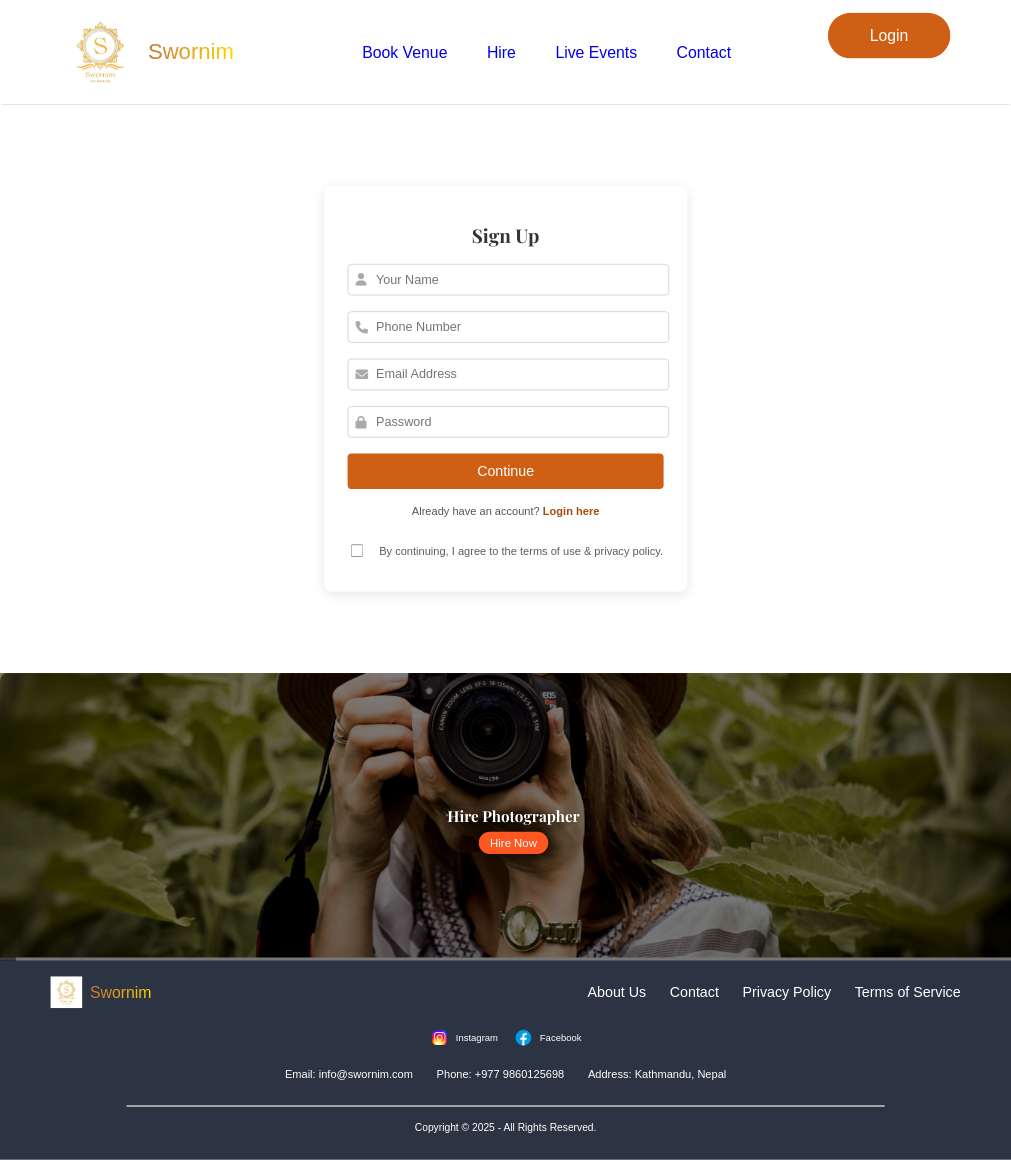
Repository: leonischu/Swornim
Page: /login (app in frontend/)
The author's editor kept a copy of each file at every save. The page is drawn from the files as they stood at one save, then again after the next save.
The browser window is 1280 px wide. The pictures show the whole page, at 79% of full size.
Pictures or frames that could not be fetched are drawn as grey boxes. The project was rebuilt for these pictures with package versions that can differ from the ones it lists, and the page was loaded fresh each time. Also part of the build but not shown: frontend/src/App.css, frontend/src/Pages/Book.jsx, frontend/src/Pages/Contact.jsx.

Above is the page before, as saved 2025-06-01 18:56:31.

### frontend/public/index.html
<!DOCTYPE html>
<html lang="en">
  <head>
    <meta charset="utf-8" />
    <link rel="icon" href="%PUBLIC_URL%/favicon.ico" />
    <meta name="viewport" content="width=device-width, initial-scale=1" />
    <meta name="theme-color" content="#000000" />
    <meta
      name="description"
      content="Web site created using create-react-app"
    />
    <link rel="apple-touch-icon" href="%PUBLIC_URL%/logo192.png" />
    <!--
      manifest.json provides metadata used when your web app is installed on a
      user's mobile device or desktop. See https://developers.google.com/web/fundamentals/web-app-manifest/
    -->
    <link rel="manifest" href="%PUBLIC_URL%/manifest.json" />
    <link href="https://fonts.googleapis.com/css2?family=Lato:wght@400;600&family=Playfair+Display:wght@400;600;700&display=swap" rel="stylesheet">
    <link rel="stylesheet" href="https://cdnjs.cloudflare.com/ajax/libs/font-awesome/6.0.0-beta3/css/all.min.css"/>

    <!--
      Notice the use of %PUBLIC_URL% in the tags above.
      It will be replaced with the URL of the `public` folder during the build.
      Only files inside the `public` folder can be referenced from the HTML.

      Unlike "/favicon.ico" or "favicon.ico", "%PUBLIC_URL%/favicon.ico" will
      work correctly both with client-side routing and a non-root public URL.
      Learn how to configure a non-root public URL by running `npm run build`.
    -->
    <title>Swornim</title>
  </head>
  <body>
    <noscript>You need to enable JavaScript to run this app.</noscript>
    <div id="root"></div>
    <!--
      This HTML file is a template.
      If you open it directly in the browser, you will see an empty page.

      You can add webfonts, meta tags, or analytics to this file.
      The build step will place the bundled scripts into the <body> tag.

      To begin the development, run `npm start` or `yarn start`.
      To create a production bundle, use `npm run build` or `yarn build`.
    -->
  </body>
</html>

### frontend/src/index.css
body {
  margin: 0;
  font-family: -apple-system, BlinkMacSystemFont, 'Segoe UI', 'Roboto', 'Oxygen',
    'Ubuntu', 'Cantarell', 'Fira Sans', 'Droid Sans', 'Helvetica Neue',
    sans-serif;
  -webkit-font-smoothing: antialiased;
  -moz-osx-font-smoothing: grayscale;
  font-family: 'Lato', sans-serif ;
  color: rgb(29, 29, 29);
}
h1, h2, h3, h4, h5, h6 {
  font-family: 'Playfair Display', serif;
  color: rgb(23, 23, 23); /* Default heading color */
  font-weight: bold;
}
.body-medium {
  font-family: 'Lato', sans-serif;
  font-size: 16px;
  color: rgb(29, 29, 29);
}
.title-medium {
  font-family: 'Playfair Display', serif;
  font-size: 20px;
  font-weight: bold;
  color: rgb(23, 23, 23);
}
.headline-small {
  font-family: 'Playfair Display', serif;
  font-size: 24px;
  font-weight: bold;
  color: white; /* White for headings like "Book Venue" */
}

code {
  font-family: source-code-pro, Menlo, Monaco, Consolas, 'Courier New',
    monospace;
}

### frontend/src/App.js

import './App.css';
import { Navbar } from './Components/Navbar/Navbar';
import { BrowserRouter, Routes, Route } from 'react-router-dom';
import { Book } from './Pages/Book';
import { Contact } from './Pages/Contact';
import { LoginSignup } from './Pages/LoginSignup';
import { Footer} from './Components/Footer/Footer';
import Carousel from './Components/Carousel/Carousel';
function App() {
  return (
    <div>
      <BrowserRouter>
      <Navbar/>
       <Routes>
          <Route path='/' element={<Book/>}/>
          <Route path='/contact' element={<Contact/>}/>

          <Route path='/login' element={<LoginSignup/>}/>
          </Routes>
          <Carousel/>
         <Footer/>
      </BrowserRouter>
    </div>
  );
}

export default App;

### frontend/src/Components/Navbar/Navbar.jsx
import React, { useState } from 'react'
import './Navbar.css'

import logo from '../Assets/logo.jpg'
import { Link } from 'react-router-dom';
export const Navbar = () => {
    const [menu, setMenu] = useState(""); // State for active menu item

  return (
    <div className='navbar'>
      <div className='nav-logo'>
        <img src={logo} alt=""/>
        <p>Swornim</p>
      </div>
      <ul className="nav-menu">
        <li onClick={()=>{setMenu("book venue")}}><Link style={{ textDecoration: 'none' }}to='/'>Book Venue</Link>{menu==="book venue"?<hr/>:<></>}</li>
        <li onClick={()=>{setMenu("hire")}}><Link style={{ textDecoration: 'none' }}to='/hire'> Hire</Link>{menu==="hire"?<hr/>:<></>}</li>
        <li onClick={()=>{setMenu("live events")}}><Link style={{ textDecoration: 'none' }} to='/liveevents'>Live Events</Link>{menu==="live events"?<hr/>:<></>}</li>
        <li onClick={()=>{setMenu("contact")}}><Link style={{ textDecoration: 'none' }}  to='/contact'>Contact</Link >{menu==="contact"?<hr/>:<></>}</li>
      </ul>
      <div className='nav-login-cart'>
        <Link to='/login'><button>Login</button></Link>

      </div>
    </div>
  )
}

### frontend/src/Pages/LoginSignup.jsx
import React, { useState } from "react";
import "./CSS/LoginSignup.css";

export const LoginSignup = () => {
  const [isSignup, setIsSignup] = useState(true); // State to toggle between Login and Signup

  return (
    <div className="loginsignup">
      <div className="loginsignup-container">
        <h1>{isSignup ? "Sign Up" : "Login"}</h1>
        <div className="loginsignup-fields">
          {isSignup ? (
            <>
              <div className="input-container">
                <i className="fas fa-user"></i>
                <input type="text" placeholder="Your Name" />
              </div>
              <div className="input-container">
              <i className="fa fa-phone"></i>
              <input type="text" placeholder="Phone Number" />
             </div>
              <div className="input-container">
                <i className="fas fa-envelope"></i>
                <input type="email" placeholder="Email Address" />
              </div>
              <div className="input-container">
                <i className="fas fa-lock"></i>
                <input type="password" placeholder="Password" />
              </div>
            </>
          ) : (
            <>
              <div className="input-container">
                <i className="fas fa-envelope"></i>
                <input type="email" placeholder="Email Address" />
              </div>
              <div className="input-container">
                <i className="fas fa-lock"></i>
                <input type="password" placeholder="Password" />
              </div>

            </>
          )}
        </div>
        <button>{isSignup ? "Continue" : "Login"}</button>
        <p className="loginsignup-login">
          {isSignup ? (
            <>
              Already have an account?{" "}
              <span onClick={() => setIsSignup(false)}>Login here</span>
            </>
          ) : (
            <>
              Don't have an account?{" "}
              <span onClick={() => setIsSignup(true)}>Sign Up</span>
            </>
          )}
        </p>
        {isSignup && (
          <div className="loginsignup-agree">
            <input type="checkbox" />
            <p>By continuing, I agree to the terms of use & privacy policy.</p>
          </div>
        )}
      </div>
    </div>
  );
};

### frontend/src/Components/Footer/Footer.jsx
import React from 'react'
import './Footer.css'
import footer_logo from '../Assets/logo.jpg'
import instagram_icon from '../Assets/instagram_icon.png'
import facebook_icon from '../Assets/facebook_icon.png'

export const Footer = () => {
  return (
    <div className='footer'>

      {/* Logo and Navigation Links */}
      <div className='footer-top'>
        <div className="footer_logo">
          <img src={footer_logo} alt='logo' />
          <p>Swornim</p>
        </div>

        <ul className='footer-links'>
          <li>About Us</li>
          <li>Contact</li>
          <li>Privacy Policy</li>
          <li>Terms of Service</li>
        </ul>
      </div>

      {/* Social Icons */}
      <div className="footer-social-section">
        <div className="footer-social-icon">
          <a
            href="https://instagram.com"
            target="_blank"
            rel="noopener noreferrer"
            className='footer-icons-container'
          >
            <img src={instagram_icon} alt="Instagram" />
            <span>Instagram</span>
          </a>
          <a
            href="https://facebook.com"
            target="_blank"
            rel="noopener noreferrer"
            className='footer-icons-container'
          >
            <img src={facebook_icon} alt="Facebook" />
            <span>Facebook</span>
          </a>
        </div>
      </div>

      {/* Contact Info */}
      <div className="footer-contact">
        <p>Email: info@swornim.com</p>
        <p>Phone: +977 9860125698 </p>
        <p>Address: Kathmandu, Nepal</p>
      </div>

      {/* Copyright */}
      <div className="footer-copyright">
        <hr />
        <p>Copyright © 2025 - All Rights Reserved.</p>
      </div>

    </div>
  )
}

### frontend/src/Components/Carousel/Carousel.jsx
import React from 'react';
import Slider from "react-slick";
import "slick-carousel/slick/slick.css";
import "slick-carousel/slick/slick-theme.css";
import "./Carousel.css";
const Carousel = () => {
  const settings = {
    dots: true,
    infinite: true,
    speed: 500,
    slidesToShow: 1,
    slidesToScroll: 1,
    autoplay: true,
    autoplaySpeed: 3000,
  };

  const slides = [
    {
      title: "Book Your Event",
      image: require("../Assets/venue.jpg"),
      buttonText: "Book Now",
    },
    {
      title: "Hire Photographer",
      image: require("../Assets/photographer.jpg"),
      buttonText: "Hire Now",
    },
    {
      title: "Hire Makeup Artist",
      image: require("../Assets/makeupartist.jpg"),
      buttonText: "Hire Now",
    },
    {
      title: "Get Into Live Events",
      image: require("../Assets/liveevent.jpg"),
      buttonText: "Explore Now",
    },
  ];

return (
  <div className="carousel-container">
    <Slider {...settings}>
      {slides.map((slide, index) => (
        <div key={index} className="carousel-slide">
          <img
            src={slide.image}
            alt={slide.title}
            className="carousel-image"
          />
          <div className="carousel-overlay">
            <h2 className="carousel-title">{slide.title}</h2>
            <button className="carousel-button">{slide.buttonText}</button>
          </div>
        </div>
      ))}
    </Slider>
  </div>
);
}

export default Carousel;

### frontend/src/Components/Navbar/Navbar.css
.navbar{
    display:flex;
    justify-content: space-around;
    padding: 16px;
    box-shadow: 0 1px 3px -2px black;
}
.nav-logo{
    display: flex;
    align-items: center;
    gap: 10px;
}
.nav-logo p {
    background: linear-gradient(to right, rgba(199, 116, 57, 1), #FFD700);
    -webkit-background-clip: text;
    -webkit-text-fill-color: transparent;
    background-clip: text; /* Optional for broader support */
    font-size: 28px;
    font-weight: 400;
}
.nav-logo img {
    width: 100px; /* Adjust the width of an image/icon */
    height: auto;
}
.nav-menu{
    display: flex;
    align-items: center;
    list-style: none;
    gap: 50px;
    color: black;
    font-size: 20px;
    font-weight: 500;

}
.nav-menu li{
    display: flex;
    flex-direction: column;
    align-items: center;
    justify-content: center;
    gap: 3px;
    cursor: pointer;

}
.nav-menu hr{
    border: none;
    width: 90%;
    height: 3px;
    border-radius: 15px;
    background: rgba(207, 95, 20, 1);

}
.nav-login-cart {
    display: flex; /* Flexbox layout */
    gap: 15px; /* Adjust the gap between buttons */
}
.nav-login-cart button{
    width: 155px;
    height: 58px;
    outline: none;
    border: 1px solid transparent;
    border-radius: 75px;
    background-color: rgba(207, 95, 20, 1);
    color: white;
    font-size: 20px;
    font-weight: 500;
    cursor: pointer;
}
.nav-login-cart button:active{
    background: rgba(44, 51, 66, 1);
}

### frontend/src/Pages/CSS/LoginSignup.css
body, html {
  margin: 0;
  padding: 0;
  box-sizing: border-box;
  font-family: 'Arial', sans-serif;
}

.loginsignup {
  width: 100%;
  height: 100vh;
  display: flex;
  justify-content: center;
  align-items: center;
  background: none; /* No background color */
}

.loginsignup-container {
  width: 400px;
  padding: 30px;
  background: white;
  border-radius: 10px;
  box-shadow: 0 4px 15px rgba(0, 0, 0, 0.1);
  text-align: center;
}

.loginsignup-container h1 {
  margin-bottom: 20px;
  color: #333;
  font-size: 24px;
}

.input-container {
  position: relative;
  margin-bottom: 20px;
}

.input-container i {
  position: absolute;
  top: 50%;
  left: 10px;
  transform: translateY(-50%);
  color: #aaa;
  font-size: 16px;
}

.input-container input {
  width: calc(100% - 40px);
  padding: 10px 10px 10px 35px;
  border: 1px solid #ccc;
  border-radius: 5px;
  font-size: 16px;
  outline: none;
  color: #333;
}

.input-container input:focus {
  border-color: #555;
}

button {
  width: 100%;
  padding: 12px;
  border: none;
  border-radius: 5px;
  background: rgba(207, 95, 20, 1);
  color: white;
  font-size: 18px;
  cursor: pointer;
  transition: background 0.3s ease-in-out;
}

button:hover {
  background: rgba(165, 75, 15, 1);
}

.loginsignup-login {
  margin-top: 20px;
  color: #555;
  font-size: 14px;
}

.loginsignup-login span {
  color: rgba(165, 75, 15, 1);;
  font-weight: bold;
  cursor: pointer;
}

.loginsignup-login span:hover {
  text-decoration: underline;
}

.loginsignup-agree {
  display: flex;
  align-items: center; /* Vertically aligns checkbox and text */
  gap: 10px; /* Space between the checkbox and the text */
  margin-top: 20px;
  font-size: 14px;
  color: #5c5c5c;
}

.loginsignup-agree input {
  margin-right: 10px;
}

.loginsignup-agree input[type='checkbox'] {
  width: 16px; /* Adjust the size of the checkbox */
  height: 16px;
  cursor: pointer; /* Makes the checkbox more interactive */
}

### frontend/src/Components/Footer/Footer.css
.footer {
  display: flex;
  flex-direction: column;
  justify-content: center;
  align-items: center;
  gap: 25px; /* Increased gap for better spacing */
  padding: 20px 0;
  background-color: rgba(44, 51, 66, 1);
  color: white;
  font-family: Arial, sans-serif;
  font-size: 20px;
}

/* Top section with logo and links */
.footer-top {
  display: flex;
  flex-wrap: wrap;
  justify-content: space-between;
  align-items: center;
  width: 90%;
  max-width: 1200px;
}

.footer_logo {
  display: flex;
  align-items: center;
  gap: 10px;
}

.footer_logo img {
  width: 40px;
  height: auto;
}

.footer_logo p {
  background: linear-gradient(to right, rgba(199, 116, 57, 1), #FFD700);
  -webkit-background-clip: text;
  -webkit-text-fill-color: transparent;
  font-size: 20px;
  font-weight: 500;
  margin: 0;
}

.footer-links {
  display: flex;
  list-style: none;
  gap: 30px;
  padding: 0;
  margin: 0;
  font-size: 18px;
  text-align: center;
}

.footer-links li {
  cursor: pointer;
  transition: color 0.3s;

}

.footer-links li:hover {
  color: #ffa500;
}

/* Social Icons Section */
.footer-social-section {
  width: 90%;
  max-width: 1200px;
  text-align: center;
}

.footer-social-icon {
  display: flex;
  justify-content: center;
  gap: 20px;
}

.footer-icons-container {
  display: flex;
  align-items: center;
  gap: 8px;
  text-decoration: none;
  color: white;
  background: none;
  border: none;
  cursor: pointer;
  transition: color 0.3s ease;
}

.footer-icons-container img {
  width: 25px;
  height: 25px;
}

.footer-icons-container span {
  font-size: 12px;
}

.footer-icons-container:hover {
  color: #ff5722;
}

/* Contact Info Section */
.footer-contact {
  display: flex;
  flex-wrap: wrap;
  justify-content: center;
  gap: 30px;
  text-align: center;
  width: 90%;
  max-width: 1200px;
  font-size: 14px;
}

.footer-contact p {
  margin: 0;
}

/* Copyright Section */
.footer-copyright {
  display: flex;
  flex-direction: column;
  align-items: center;
  width: 100%;
  max-width: 1200px;
  color: white;
  font-size: 13px;
  text-align: center;
}

.footer-copyright hr {
  width: 80%;
  border: none;
  border-radius: 10px;
  height: 2px;
  background: #c7c7c7;
}

### frontend/src/Components/Carousel/Carousel.css
/* Carousel container */
.carousel-container {
  width: 100vw;
  margin: 0 auto;
  overflow: hidden;
}

/* Each slide */
.carousel-slide {
  position: relative;
  display: flex;
  justify-content: center;
  align-items: center;
}

/* Image styles */
.carousel-image {
  width: 100vw;
  height: 50vh;    /* Half viewport height */
  object-fit: cover; /* Ensures the image fills the area without distortion */
  border-radius: 0;
  box-shadow: 0px 4px 8px rgba(0, 0, 0, 0.1);
}

/* Overlay styles */
.carousel-overlay {
  position: absolute;
  top: 0;
  left: 0;
  width: 100%;
  height: 100%;
  background: rgba(0, 0, 0, 0.5); /* Slightly darker overlay */
  display: flex;
  flex-direction: column;
  justify-content: center;
  align-items: center;
  border-radius: 10px;
  padding: 10px;
}

/* Title styles */
.carousel-title {
  color: white;
  font-size: 1.2rem; /* Smaller font size for titles */
  font-weight: bold;
  margin-bottom: 8px;
  text-align: center;
}

/* Button styles */
.carousel-button {
  background-color: #ff5722;
  color: white;
  display: inline-block;
  width: auto;
  max-width: 150px;
  padding: 6px 14px; /* Smaller padding for buttons */
  border: none;
  border-radius: 20px;
  font-size: 0.9rem; /* Smaller button font size */
  cursor: pointer;
  box-shadow: 0px 2px 6px rgba(0, 0, 0, 0.2);
  transition: background-color 0.3s ease;
}

.carousel-button:hover {
  background-color: #e64a19;
}

Loaded but not shown: frontend/src/index.js (common file); frontend/src/reportWebVitals.js (common file)

After the next save:
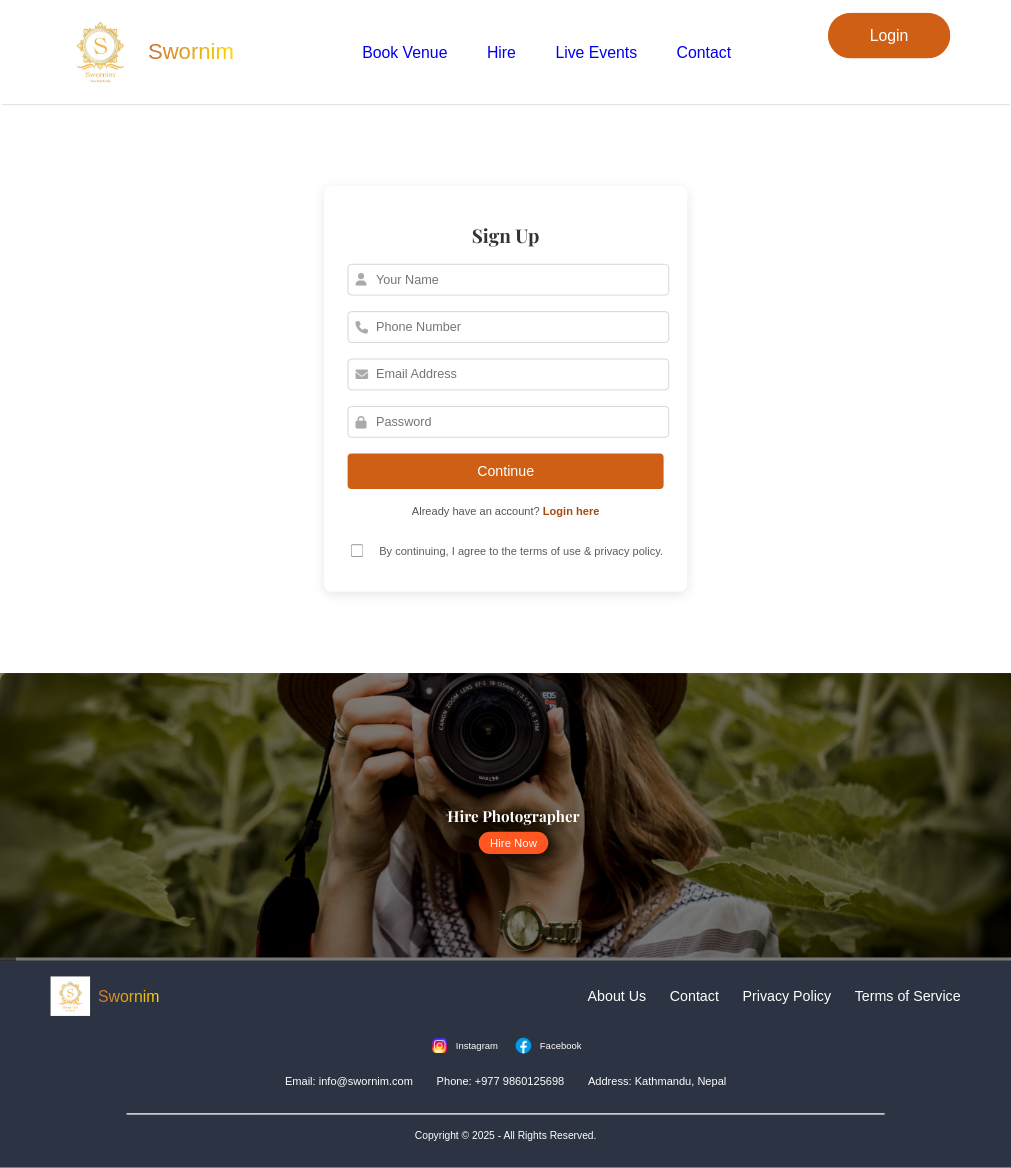
Saved 23 s later.
--- a/frontend/src/Components/Footer/Footer.css
+++ b/frontend/src/Components/Footer/Footer.css
@@ -8,7 +8,7 @@
   background-color: rgba(44, 51, 66, 1);
   color: white;
   font-family: Arial, sans-serif;
-  font-size: 20px;
+  font-size: 14px;
 }
 
 /* Top section with logo and links */
@@ -28,7 +28,7 @@
 }
 
 .footer_logo img {
-  width: 40px;
+  width: 50px;
   height: auto;
 }
 
